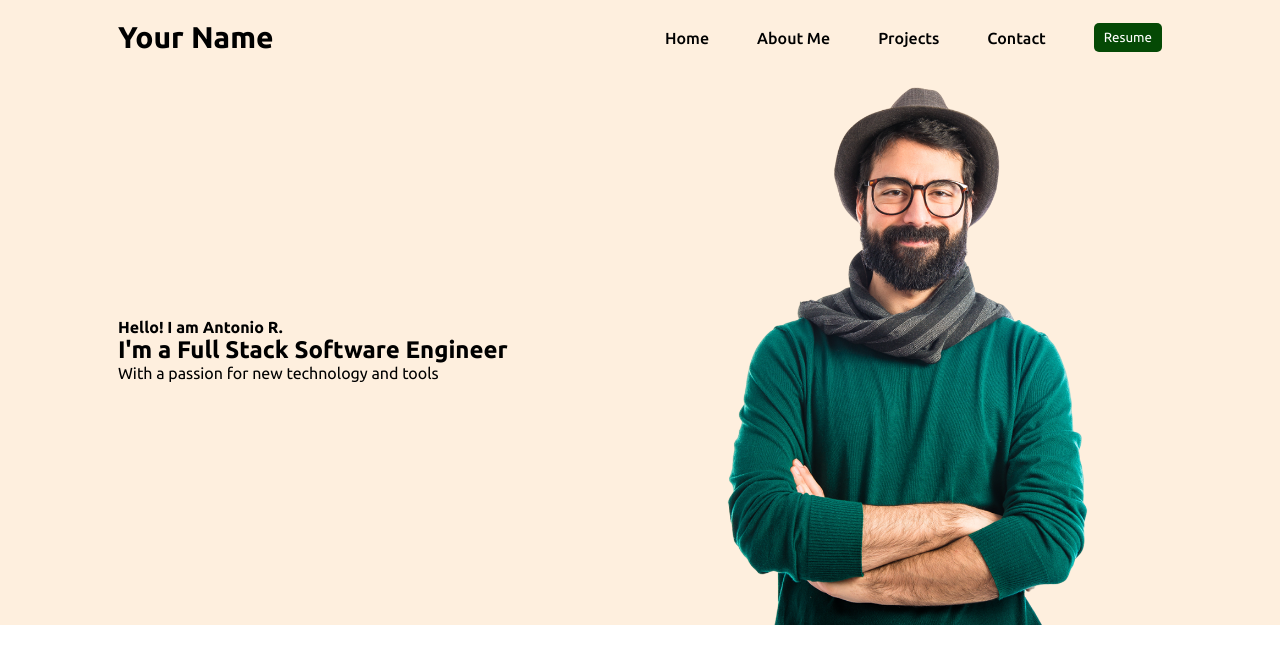
Repository: DevAntonioRogers/vanilla-portfolio
Page: index.html
The author's editor kept a copy of each file at every save. The page is drawn from the files as they stood at one save, then again after the next save.
The browser window is 1280 px wide. The pictures show the whole page.

Above is the page before, as saved 2023-07-14 22:03:10.

After the next save:
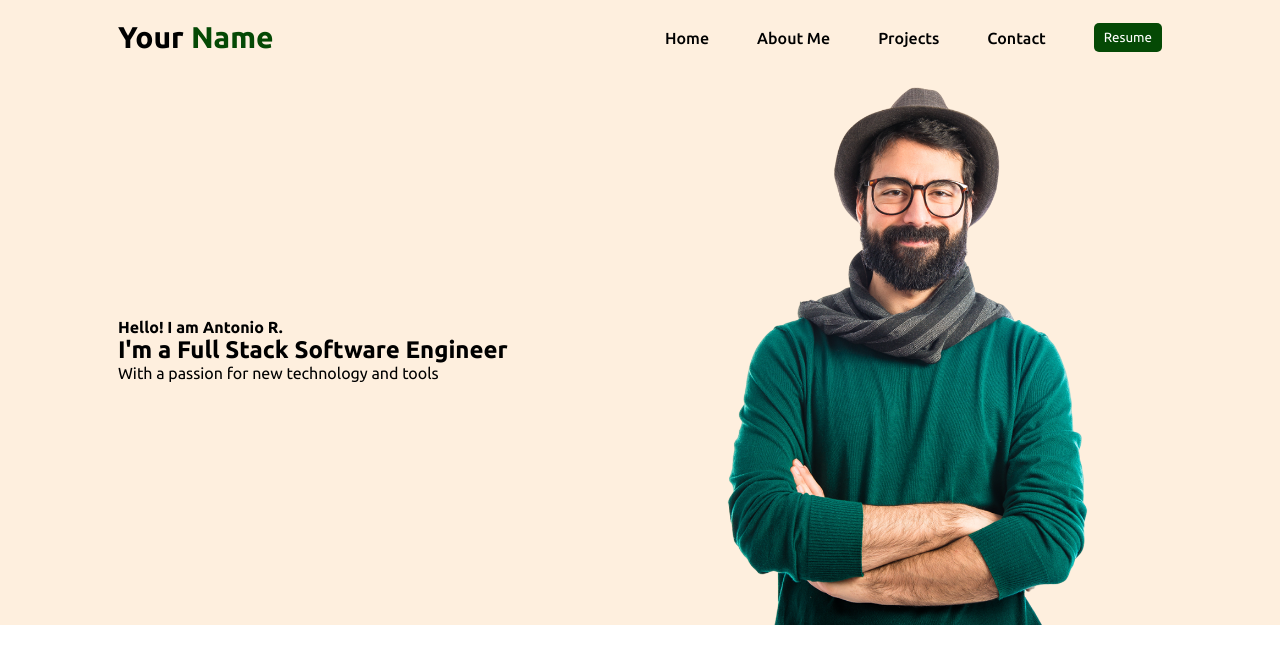
Saved 37 s later.
--- a/style.css
+++ b/style.css
@@ -38,6 +38,10 @@ nav {
 .navbar h1 {
   font-size: 30px;
   font-weight: 700;
+}
+
+.navbar span {
+  color: rgb(5, 73, 5);
 }
 
 .navbar ul {
